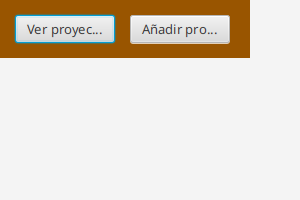
Repository: anxoportela/PROG
Program's window: java Java_Interfaz/ProyectoJavaFX/src/com/acarballeira/javaFX/ejemplo8/App.java
An editor plug-in stored every save of this project. The program's window is shown before and after the next save, followed by the edit.
It runs on Java 21 on a 1366 x 768 screen with JavaFX 11; the title bar is not drawn.

Above is the program's window before, as saved 2020-03-05 19:27:17.

### Java_Interfaz/ProyectoJavaFX/src/com/acarballeira/javaFX/ejemplo8/App.java
package com.acarballeira.javaFX.ejemplo8;

import javafx.application.Application;
import javafx.geometry.Insets;
import javafx.geometry.Pos;
import javafx.scene.Scene;
import javafx.scene.control.Button;
import javafx.scene.control.Label;
import javafx.scene.layout.BorderPane;
import javafx.scene.layout.HBox;
import javafx.scene.layout.Pane;
import javafx.scene.layout.VBox;
import javafx.scene.paint.Color;
import javafx.stage.Stage;

public class App extends Application {
	@Override
	 public void start(Stage primaryStage) {

	 primaryStage.setTitle("Ola Mundo!!!");

	 BorderPane bp = new BorderPane();
	 HBox hbox =  (HBox) crearHbox();
	 //VBox vbox = crearVbox();

	 bp.setTop(hbox);

	 Scene primaryScene = new Scene(bp,250,200,Color.AQUA);
	 primaryStage.setScene(primaryScene);
	 primaryStage.show();

	 }

	private Pane crearHbox() {
		HBox hbox = new HBox();
		Button btn1 = new Button("Ver proyectos");
		Button btn2 = new Button("Añadir proyecto");
		hbox.setPadding(new Insets(15, 15, 15, 15));
		hbox.setSpacing(15);
		hbox.setStyle("-fx-background-color: #995500");
		btn1.setPrefSize(100, 25);
		btn2.setPrefSize(100, 25);
		hbox.getChildren().addAll(btn1,btn2);
		return hbox;
	}

	private Pane crearVbox() {
		VBox vbox = new VBox();
		return vbox;
	}

	public static void main(String[] args) {
		Application.launch();
	}
}

After the next save:
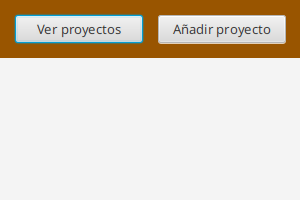
Saved 26 s later.
--- a/Java_Interfaz/ProyectoJavaFX/src/com/acarballeira/javaFX/ejemplo8/App.java
+++ b/Java_Interfaz/ProyectoJavaFX/src/com/acarballeira/javaFX/ejemplo8/App.java
@@ -25,7 +25,7 @@
 
 	 bp.setTop(hbox);
 
-	 Scene primaryScene = new Scene(bp,250,200,Color.AQUA);
+	 Scene primaryScene = new Scene(bp,300,200,Color.AQUA);
 	 primaryStage.setScene(primaryScene);
 	 primaryStage.show();
 
@@ -38,8 +38,8 @@
 		hbox.setPadding(new Insets(15, 15, 15, 15));
 		hbox.setSpacing(15);
 		hbox.setStyle("-fx-background-color: #995500");
-		btn1.setPrefSize(100, 25);
-		btn2.setPrefSize(100, 25);
+		btn1.setPrefSize(130, 25);
+		btn2.setPrefSize(130, 25);
 		hbox.getChildren().addAll(btn1,btn2);
 		return hbox;
 	}
